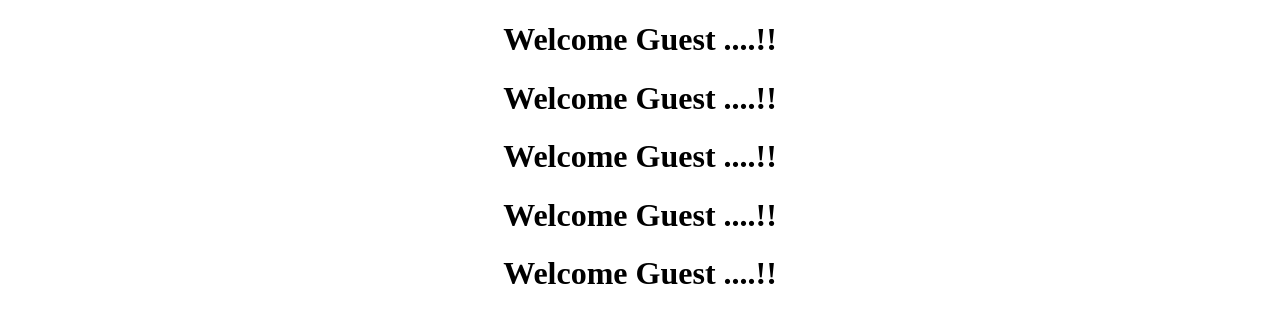
Repository: shadkhan8815/Advance-java
Page: http://localhost/Web-Project/MySecondPage.jsp
The author's editor kept a copy of each file at every save. The page is drawn from the files as they stood at one save, then again after the next save.
The browser window is 1280 px wide. The pictures show the whole page.
The page is served by Tomcat 9.

Above is the page before, as saved 2025-04-23 14:26:17.

After the next save:
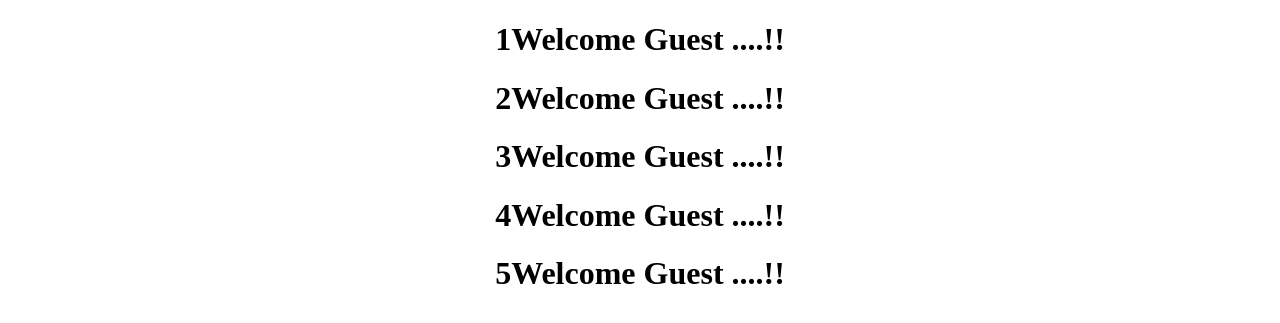
Saved 82 s later.
--- a/Web-Project/WebContent/MySecondPage.jsp
+++ b/Web-Project/WebContent/MySecondPage.jsp
@@ -11,7 +11,8 @@
 		<%
 			for (int i = 1; i <= 5; i++) {
 		%>
-		<h1 <%=i%>>Welcome Guest ....!!</h1>
+		<h1><%=i%>Welcome Guest ....!!
+		</h1>
 		<%
 			}
 		%>
